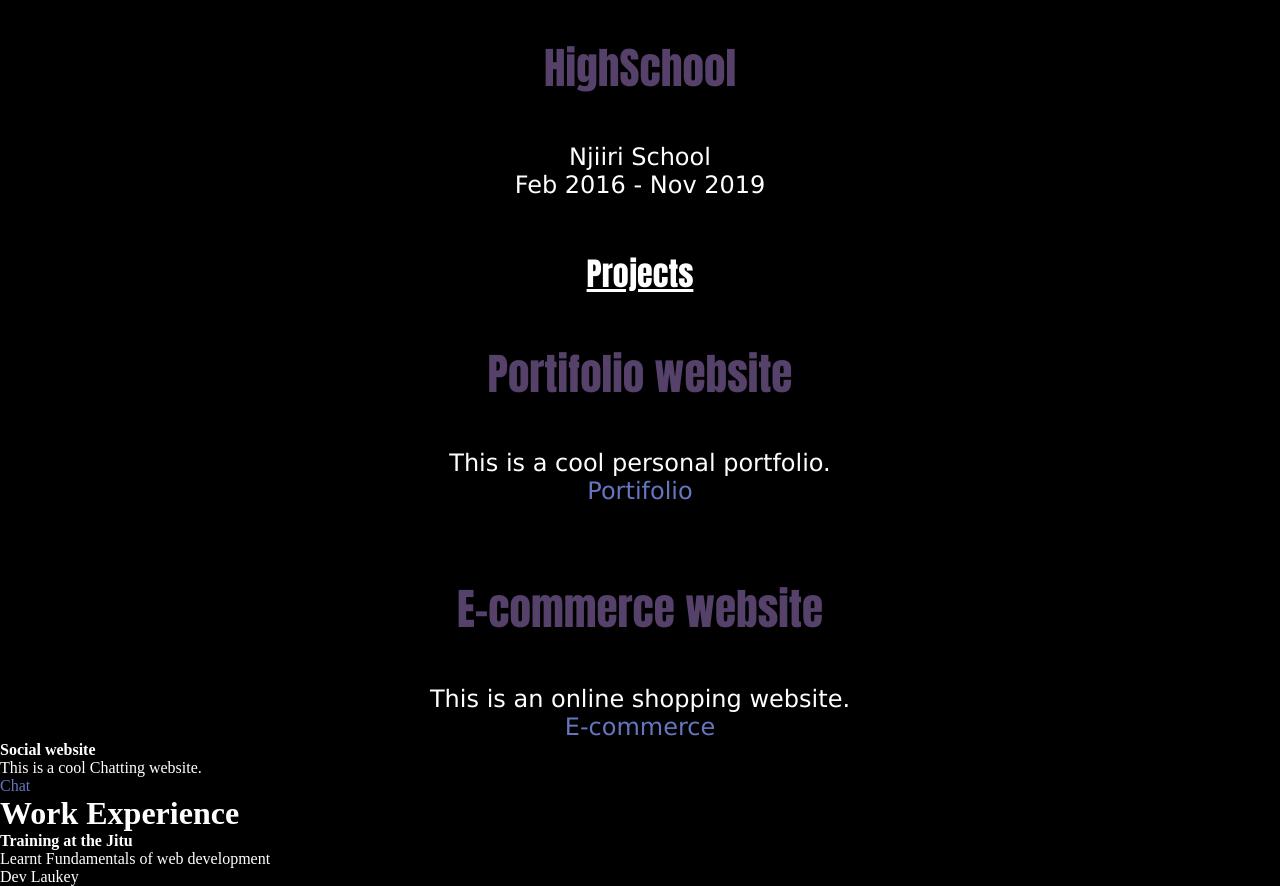
Repository: LaukeyMwaura/Jitu-Day-2
Page: index.html
An editor plug-in stored every save of this project. The page is shown before and after the next save, followed by the edit.
The browser window is 1280 px wide. The pictures show the part of the page from y = 1205 to 2157 px (the page is 2091 px tall before and 2157 px after).
A picture or video elsewhere on the page could not be fetched, so the positions and the page height are approximate.

Above is the page before, as saved 2022-05-12 00:38:49.

After the next save:
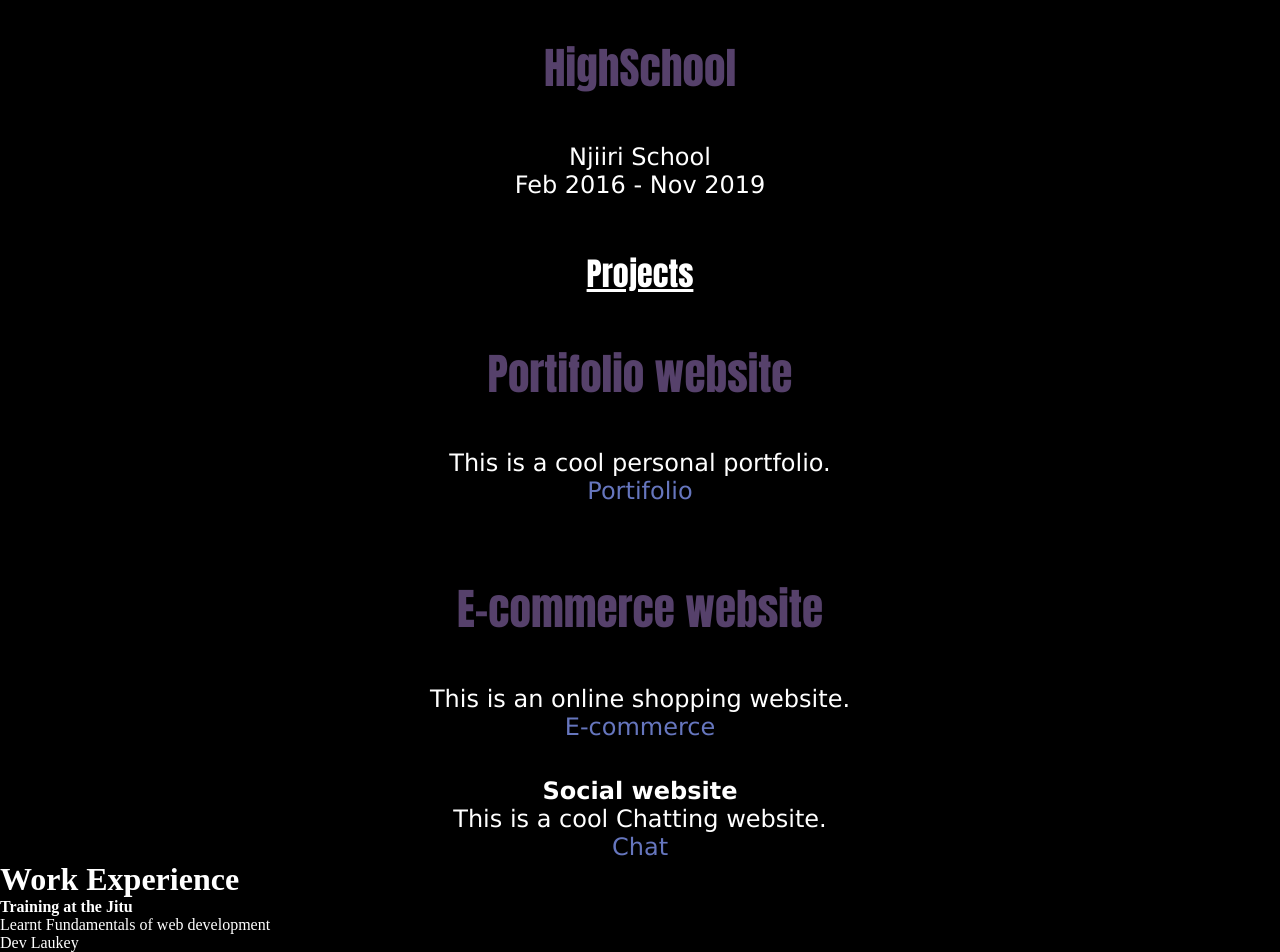
Saved 32 s later.
--- a/index.html
+++ b/index.html
@@ -86,7 +86,8 @@
         <p>This is an online shopping website.</p>
         <a href="https://victor-100.web.app/">E-commerce</a>
       </div>
-      <div class="project">
+      <br><br>
+      <div class="project text">
         <h4>Social website</h4>
         <p>This is a cool Chatting website.</p>
         <a href="https://messenger-clone-70550.web.app/">Chat</a>
